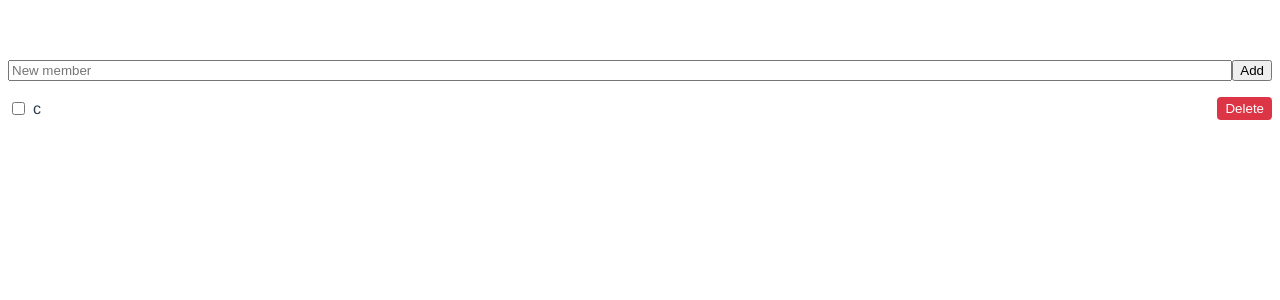
Repository: anhthu112/Todo-list
Page: /
These files come from the project's save history. The page is drawn as it stood at one moment and after the next save; the edit follows.
The browser window is 1280 px wide. The pictures show the whole page.
The project was rebuilt for these pictures with package versions that can differ from the ones it lists, and the page was loaded fresh each time. Requests to the local data server were answered from the project's data file. Also part of the build but not shown: vue.config.js.

Above is the page before, as saved 2024-02-01 09:30:07.

After the next save:
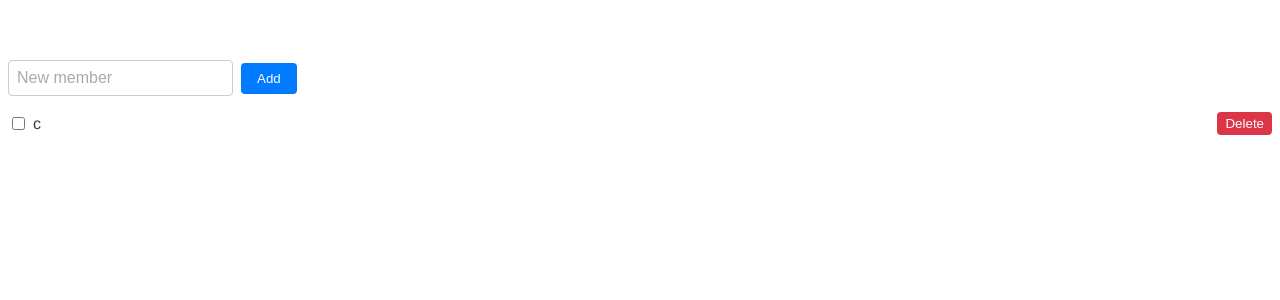
Saved 46 s later.
--- a/src/components/AddTodo.vue
+++ b/src/components/AddTodo.vue
@@ -39,11 +39,45 @@
   </script>
 
   <style>
-  form {
-    display: flex;
-  }
+/* Định dạng chung cho các phần tử trong form */
+form {
+  display: flex; /* Hiển thị các phần tử trong form trên cùng một hàng ngang */
+  align-items: center; /* Căn chỉnh các phần tử theo trục dọc */
+}
 
-  .input[type=text] {
-    flex: 10;
-  }
+/* Định dạng cho input text */
+.input {
+  padding: 8px; /* Kích thước lề của input */
+  border: 1px solid #ccc; /* Đường viền của input */
+  border-radius: 4px; /* Góc cong của input */
+  margin-right: 8px; /* Khoảng cách giữa input text và nút Add */
+  font-size: 16px; /* Cỡ chữ của input text */
+}
+
+/* Định dạng cho nút Add */
+.add-btn {
+  padding: 8px 16px; /* Kích thước lề của nút Add */
+  background-color: #007bff; /* Màu nền của nút Add */
+  color: #fff; /* Màu chữ của nút Add */
+  border: none; /* Không có đường viền */
+  border-radius: 4px; /* Góc cong của nút Add */
+  cursor: pointer; /* Con trỏ hiển thị khi di chuyển qua nút Add */
+}
+
+/* Hiệu ứng hover cho nút Add */
+.add-btn:hover {
+  background-color: #0056b3; /* Màu nền khi di chuột qua */
+}
+
+/* Định dạng cho placeholder trong input text */
+.input::placeholder {
+  color: #aaa; /* Màu chữ của placeholder */
+}
+
+/* Định dạng cho input text khi được focus */
+.input:focus {
+  outline: none; /* Loại bỏ đường viền khi input text được focus */
+  border-color: #007bff; /* Màu đường viền khi input text được focus */
+}
+
   </style>
